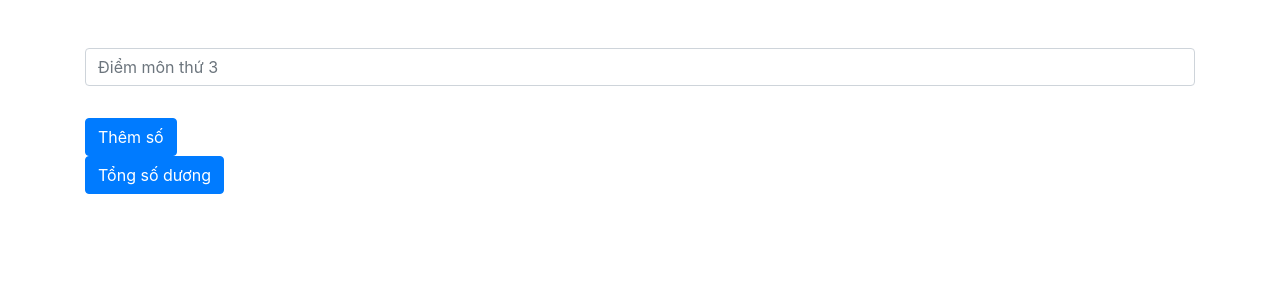
Repository: thanhfrankie/BC10-LeMinhThanh-Js-b7-8
Page: index.html
The author's editor kept a copy of each file at every save. The page is drawn from the files as they stood at one save, then again after the next save.
The browser window is 1280 px wide. The pictures show the whole page.

Above is the page before, as saved 2023-12-27 21:10:36.

### index.html
<!doctype html>
<html lang="en">
  <head>
    <title>Title</title>
    <!-- Required meta tags -->
    <meta charset="utf-8">
    <meta name="viewport" content="width=device-width, initial-scale=1, shrink-to-fit=no">

    <!-- Bootstrap CSS -->
    <link rel="stylesheet" href="https://cdn.jsdelivr.net/npm/bootstrap@4.6.2/dist/css/bootstrap.min.css" integrity="sha384-xOolHFLEh07PJGoPkLv1IbcEPTNtaed2xpHsD9ESMhqIYd0nLMwNLD69Npy4HI+N" crossorigin="anonymous">

  </head>
  <body>
    <div class="container mt-4">
        <div class="form-group">
            <label for="diem-mon-thu-3"></label>
            <input
              type="number"
              class="form-control"
              name=""
              id="diem-mon-thu-3"
              aria-describedby="helpId"
              placeholder="Điểm môn thứ 3"
              required
            />
          </div>
        <button
        style="display: inline-block;"
        type="button"
        onclick="tuyenSinh()"
        class="btn btn-primary mt-3"
        id="ket-qua-tuyen-sinh"
      >
        Thêm số
      </button>
        <p>
            <button class="btn btn-primary" type="button" data-toggle="collapse" data-target="#contentId" aria-expanded="false"
                    aria-controls="contentId">
                Tổng số dương
            </button>
          </p>
          <div class="collapse" id="contentId">

          </div>
    </div>




    <!-- Optional JavaScript -->
    <!-- jQuery first, then Popper.js, then Bootstrap JS -->
    <script src="https://cdn.jsdelivr.net/npm/jquery@3.5.1/dist/jquery.slim.min.js" integrity="sha384-DfXdz2htPH0lsSSs5nCTpuj/zy4C+OGpamoFVy38MVBnE+IbbVYUew+OrCXaRkfj" crossorigin="anonymous"></script>
    <script src="https://cdn.jsdelivr.net/npm/popper.js@1.16.1/dist/umd/popper.min.js" integrity="sha384-9/reFTGAW83EW2RDu2S0VKaIzap3H66lZH81PoYlFhbGU+6BZp6G7niu735Sk7lN" crossorigin="anonymous"></script>
    <script src="https://cdn.jsdelivr.net/npm/bootstrap@4.6.2/dist/js/bootstrap.min.js" integrity="sha384-+sLIOodYLS7CIrQpBjl+C7nPvqq+FbNUBDunl/OZv93DB7Ln/533i8e/mZXLi/P+" crossorigin="anonymous"></script>

    <script src="./index.js"></script>
  </body>
</html>

Loaded but not shown: index.js (no copy from this time; the picture is the same without it)

After the next save:
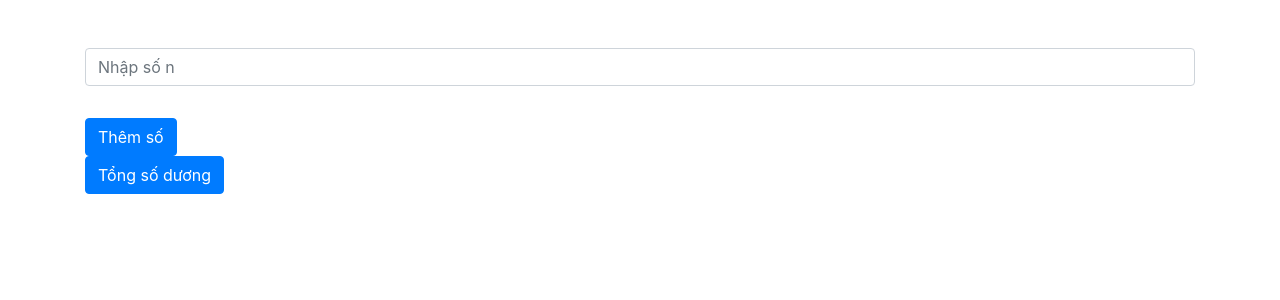
Saved 28 s later.
--- a/index.html
+++ b/index.html
@@ -20,7 +20,7 @@
               name=""
               id="diem-mon-thu-3"
               aria-describedby="helpId"
-              placeholder="Điểm môn thứ 3"
+              placeholder="Nhập số n"
               required
             />
           </div>
